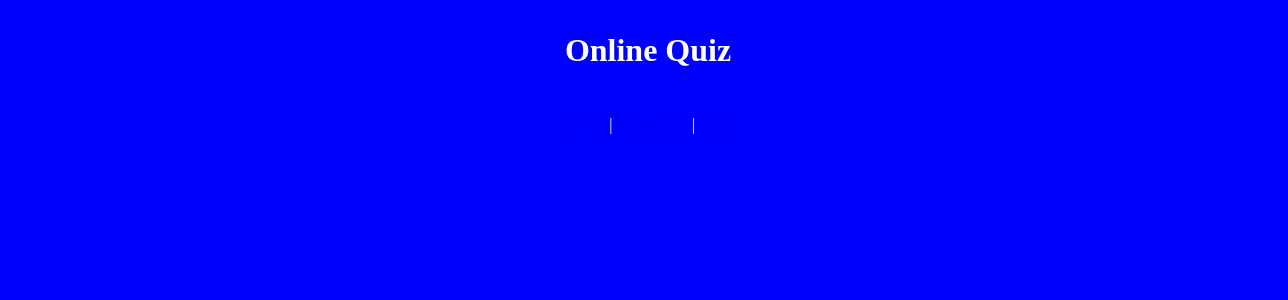
Repository: KaushikVeluruWorld/KaushikJava
Page: http://localhost/OnlineQuiz/home.jsp
An editor plug-in stored every save of this project. The page is shown before and after the next save, followed by the edit.
The browser window is 1280 px wide. The page is 1288 px wide, so the pictures cover 1288 px, including what lies to the right of the window. The pictures show the whole page.
The page is served by Tomcat 9.

Above is the page before, as saved 2014-12-22 10:10:55.

After the next save:
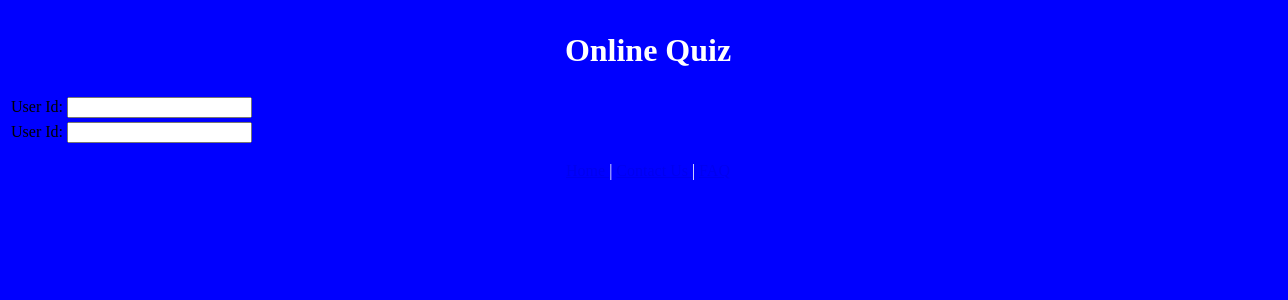
Saved 83 s later.
--- a/Online Quiz Tool/OnlineQuiz/WebContent/home.jsp
+++ b/Online Quiz Tool/OnlineQuiz/WebContent/home.jsp
@@ -11,8 +11,15 @@
 <jsp:include page="header.html"></jsp:include>
 
 <table>
-<tr> <td></td></tr>
+<tr> <td> User Id:</td>
+     <td><input type="text" id="username"></td></tr>
+<tr> <td> User Id:</td>
+     <td><input type="text" id="username"></td></tr>
+
+
 </table>
+
+
 
 <jsp:include page="footer.jsp"></jsp:include>
 
